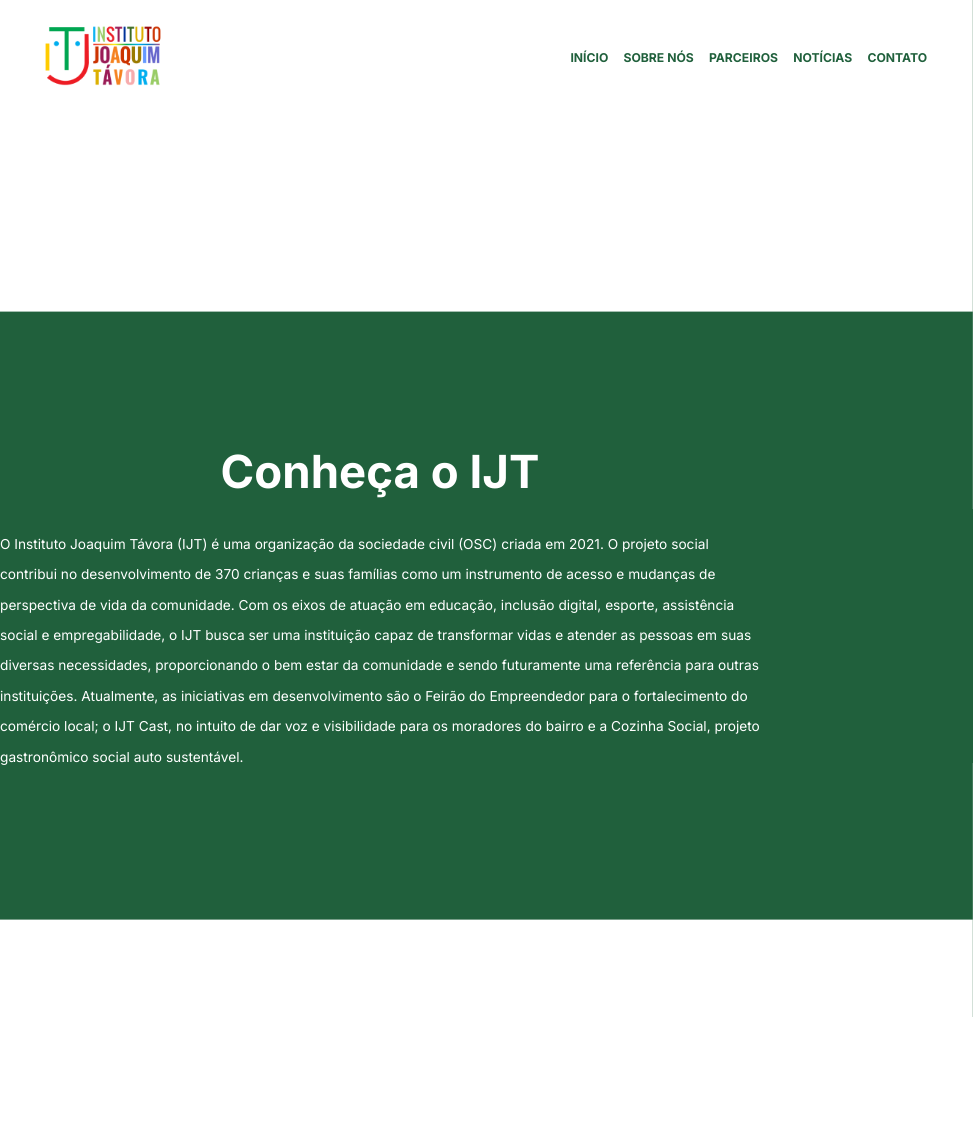
Repository: MarcelloMello90/itj2
Page: index.html
These files come from the project's save history. The page is drawn as it stood at one moment and after the next save; the edit follows.
The browser window is 1280 px wide. The pictures show the whole page, at 76% of full size.

Above is the page before, as saved 2024-07-24 10:25:27.

After the next save:
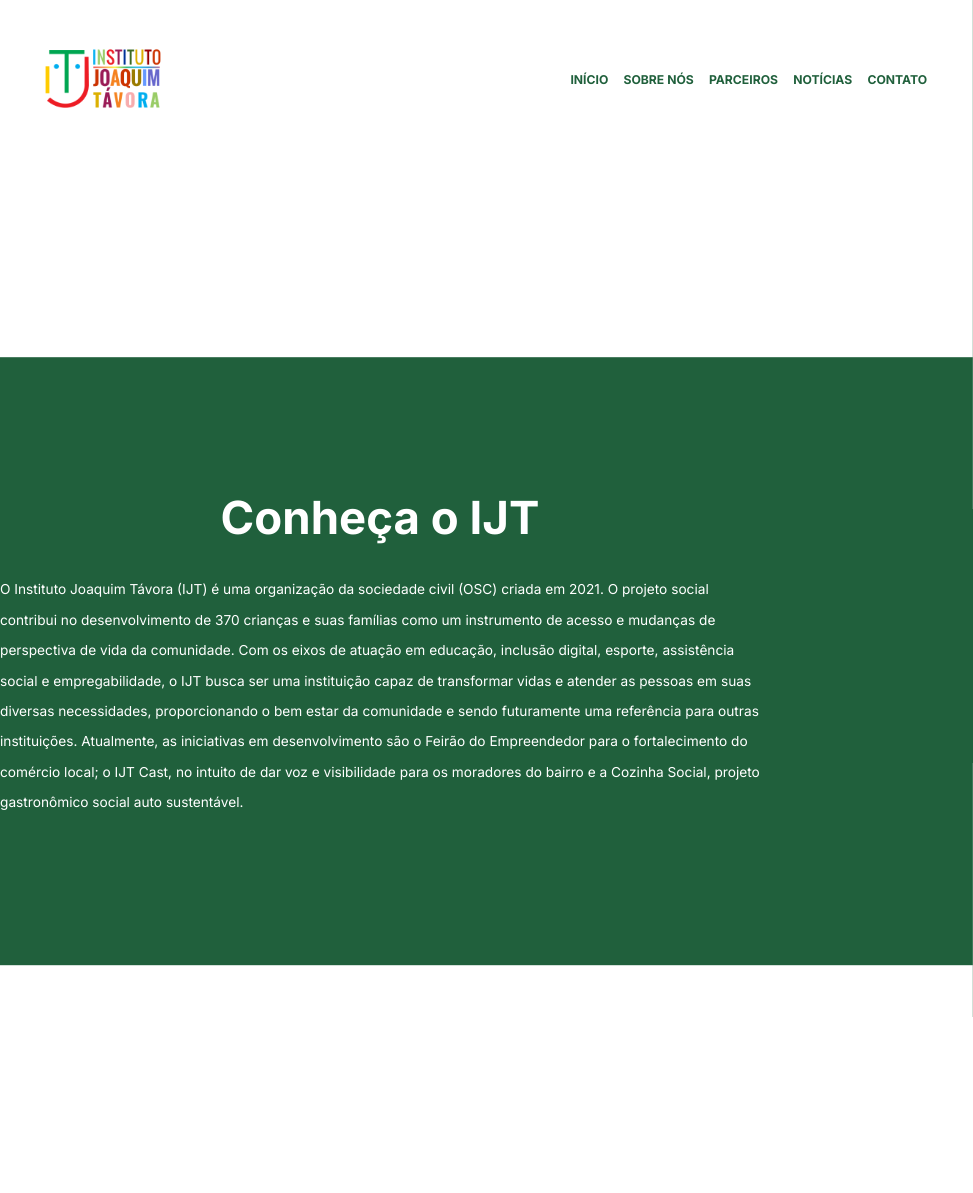
Saved 19 s later.
--- a/style.css
+++ b/style.css
@@ -56,19 +56,7 @@
   height: 100vh;
 }
 #wrapper_app{
-  width: 100%;
-  height: 100%;
-
-  display: grid;
-  grid-template-areas:
-    "header"
-    "carousel"
-    "main"
-    "footer"
-  ;
-
-  grid-template-rows: auto auto auto auto;
-  grid-template-columns: auto;
+
 }
 
 header{
